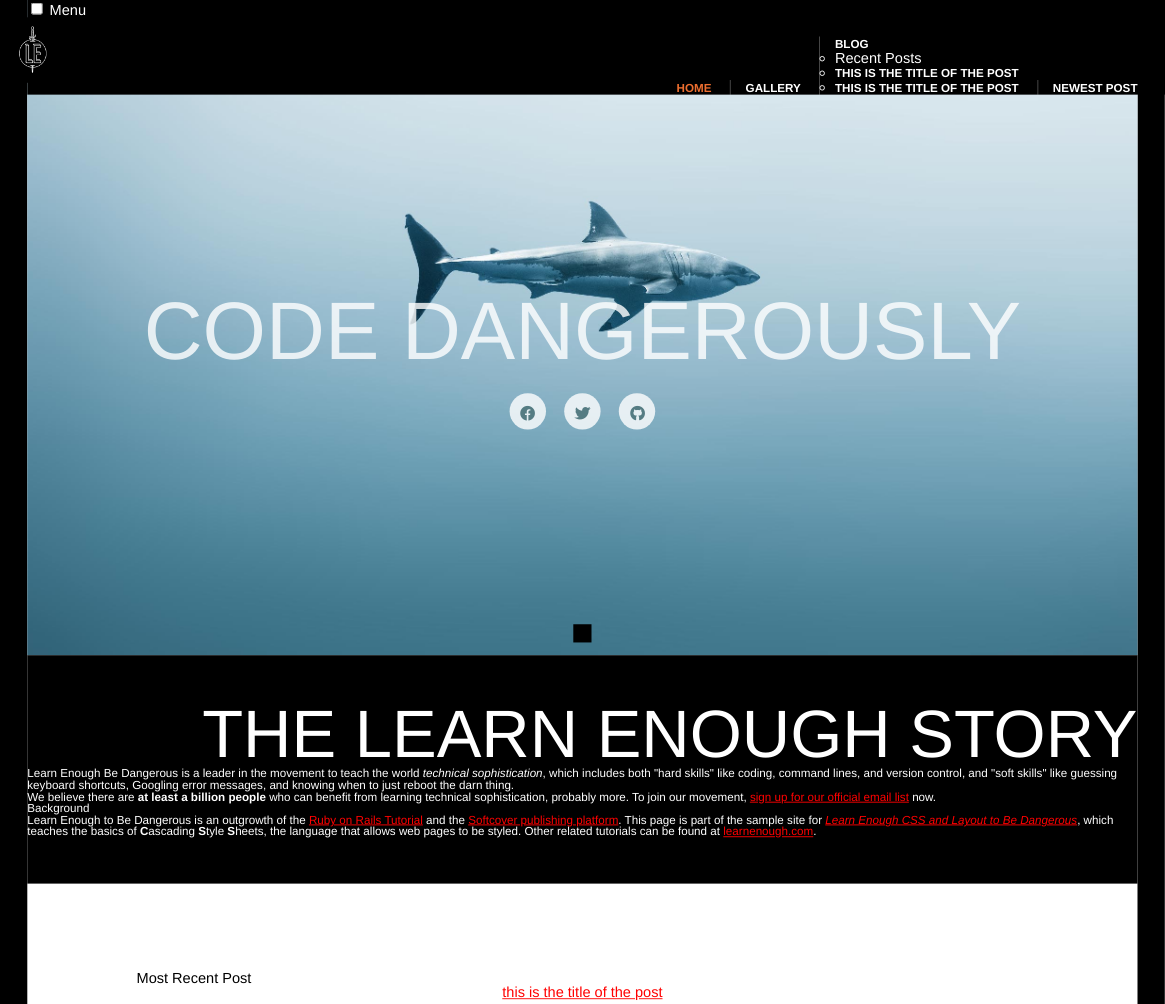
Repository: rvass/learn-enough-CSS
Page: _site/index.html
The author's editor kept a record of every edit. The page is drawn from the files as they stood at one moment, then again after the next edit.
The browser window is 1280 px wide. The pictures show the part of the page from y = 0 to 1103 px (the page is 2751 px tall before and 2783 px after), at 91% of full size.
A picture or video elsewhere on the page could not be fetched, so the positions and the page height are approximate.

Above is the page before.

After the next edit:
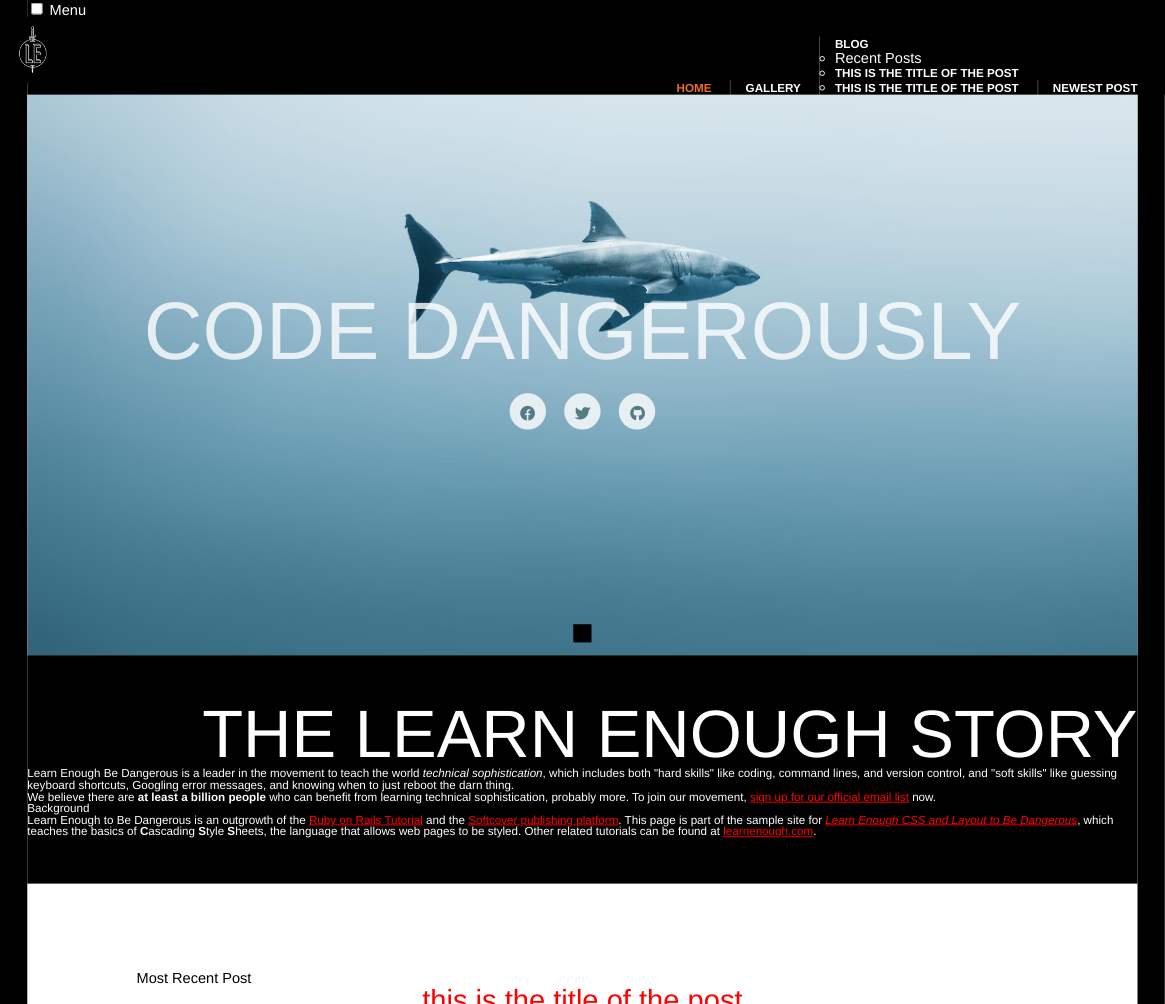
The edit:
--- a/css/main.css
+++ b/css/main.css
@@ -12,6 +12,9 @@
 h1 {
   font-size: 7vw;
   margin-top: 0;
+}
+h2 {
+  font-size: 2em;
 }
 a {
   color: #f00;
